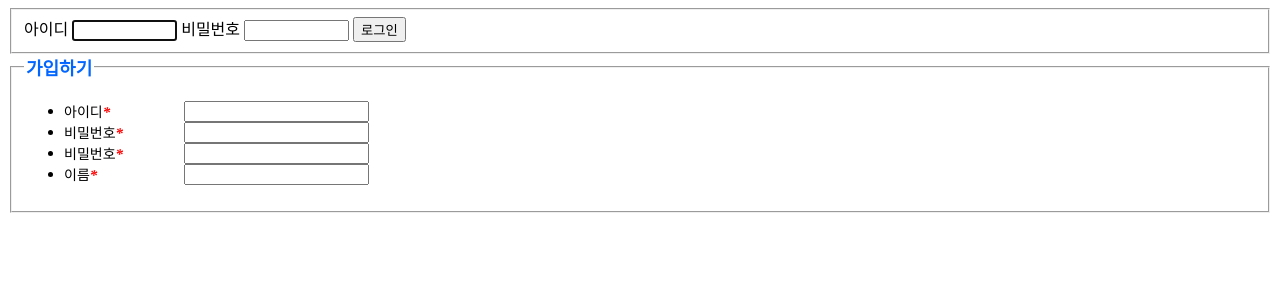
Repository: ygs3004/StudyHTML_CSS
Page: web project 01/src/main/webapp/chapter05/exam05_18.html
The author's editor kept a copy of each file at every save. The page is drawn from the files as they stood at one save, then again after the next save.
The browser window is 1280 px wide. The pictures show the whole page.

Above is the page before, as saved 2022-08-09 02:35:17.

### web project 01/src/main/webapp/chapter05/exam05_18.html
<!DOCTYPE html>
<html>
<head>
<meta charset="UTF-8">
<title>Insert title here</title>
<style type="text/css">
	form fieldset{
		margin : 10pex 0;
	}


	form legend{
		font-size : 18px;
		color : #0066ff;
		font-weight : 600;
	}

	form label.reg{
		font-size : 14px;
		width : 120px;
		float : left;
	}

	form label em{
		font-size : 15px;
		color : red;
		font-weight : 800;
	}

	font ul li{
		list-style : none;
		margin : 10px 0;
	}

	form.easys{
		text-align : left;
		font-size : 12px;
		color : blue;
	}

	form fieldset.sendform{
	text-align : center;
	}

</style>
</head>
<body>
<form action="">
	<fieldset class="login">
		<label for="user_id">아이디</label>
			<input type="text" id="user_id" size="10" autofocus>
		<label for="user_pw">비밀번호</label>
			<input type="password" id="user_pw" size="10">
			<input type="submit" value="로그인">
	</fieldset>
	<fieldset>
		<legend>가입하기</legend>
		<ul>
			<li>
				<label class="reg" for="user_name">아이디<em>*</em></label>
				<input type="text" id="user_id" size="20" autocomplete='on' required>
			</li>
			<li>
				<label class="reg" for="user_pw1">비밀번호<em>*</em></label>
				<input type="password" id="user_pw1" size="20" required>
			</li>
			<li>
				<label class="reg" for="user_pw2">비밀번호<em>*</em></label>
				<input type="password" id="user_pw2" size="20" required>
			</li>
			<li>
				<label class="reg" for="user_name">이름<em>*</em></label>
				<input type="text" id="user_name" size="20" required>
			</li>
		</ul>
	</fieldset>
</form>

</body>
</html>

After the next save:
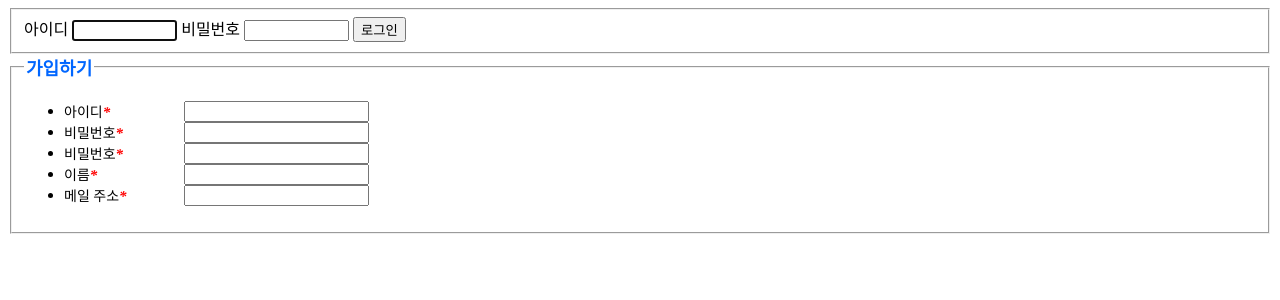
Saved 20 s later.
--- a/web project 01/src/main/webapp/chapter05/exam05_18.html
+++ b/web project 01/src/main/webapp/chapter05/exam05_18.html
@@ -72,6 +72,10 @@
 				<label class="reg" for="user_name">이름<em>*</em></label>
 				<input type="text" id="user_name" size="20" required>
 			</li>
+			<li>
+				<label class="reg" for="user_mail">메일 주소<em>*</em></label>
+				<input type="text" id="user_name" size="20" required>
+			</li>
 		</ul>
 	</fieldset>
 </form>
